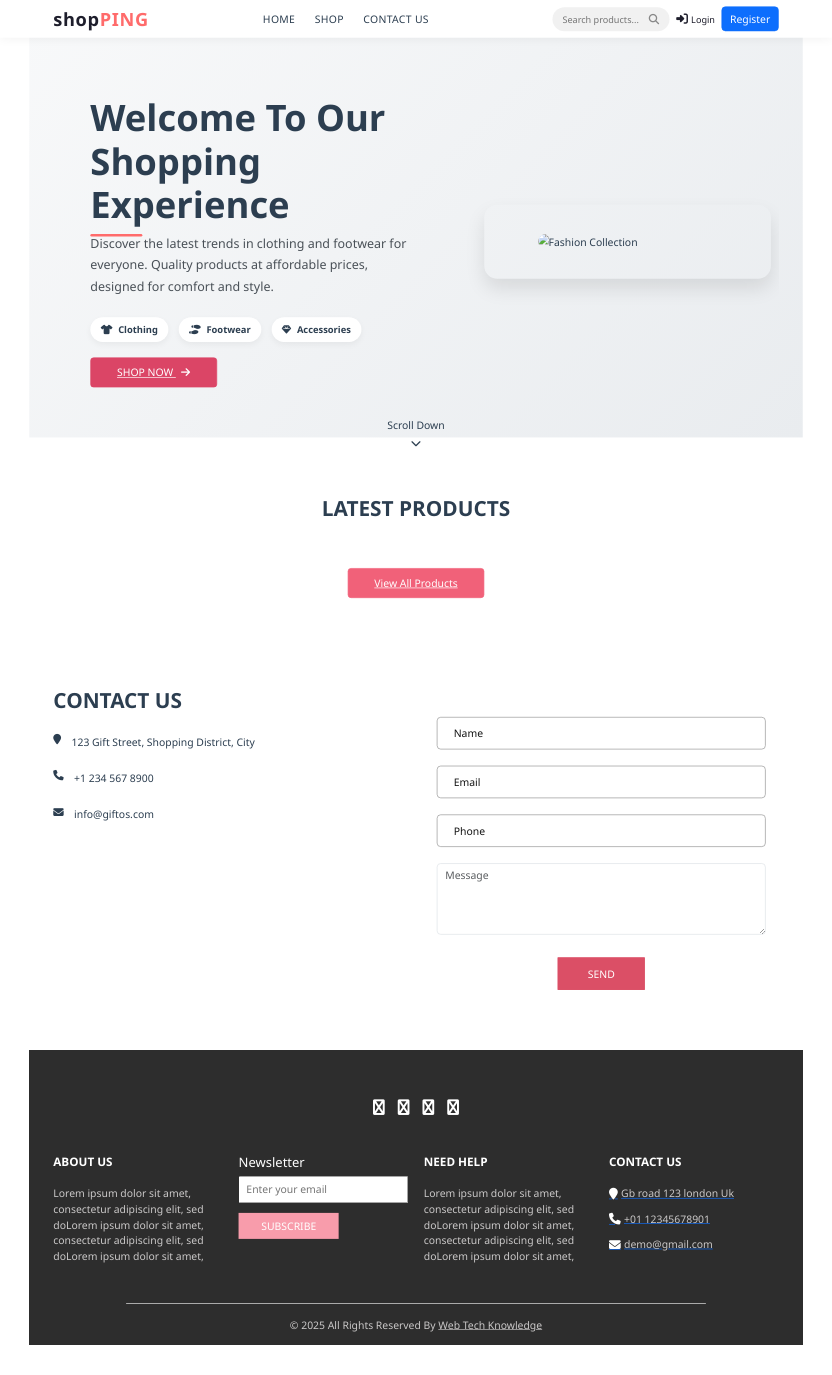
Repository: hahuuchinh2501/ecommerce_project
Page: http://localhost/
These files come from the project's save history. The page is drawn as it stood at one moment and after the next save; the edit follows.
The browser window is 1280 px wide. The pictures show the whole page, at 65% of full size.
The page is served by the project's Laravel application, run on PHP 8.4 with Laravel 12. Queries for data that is not in the repository find no rows.

Above is the page before, as saved 2025-04-09 15:49:05.

After the next save:
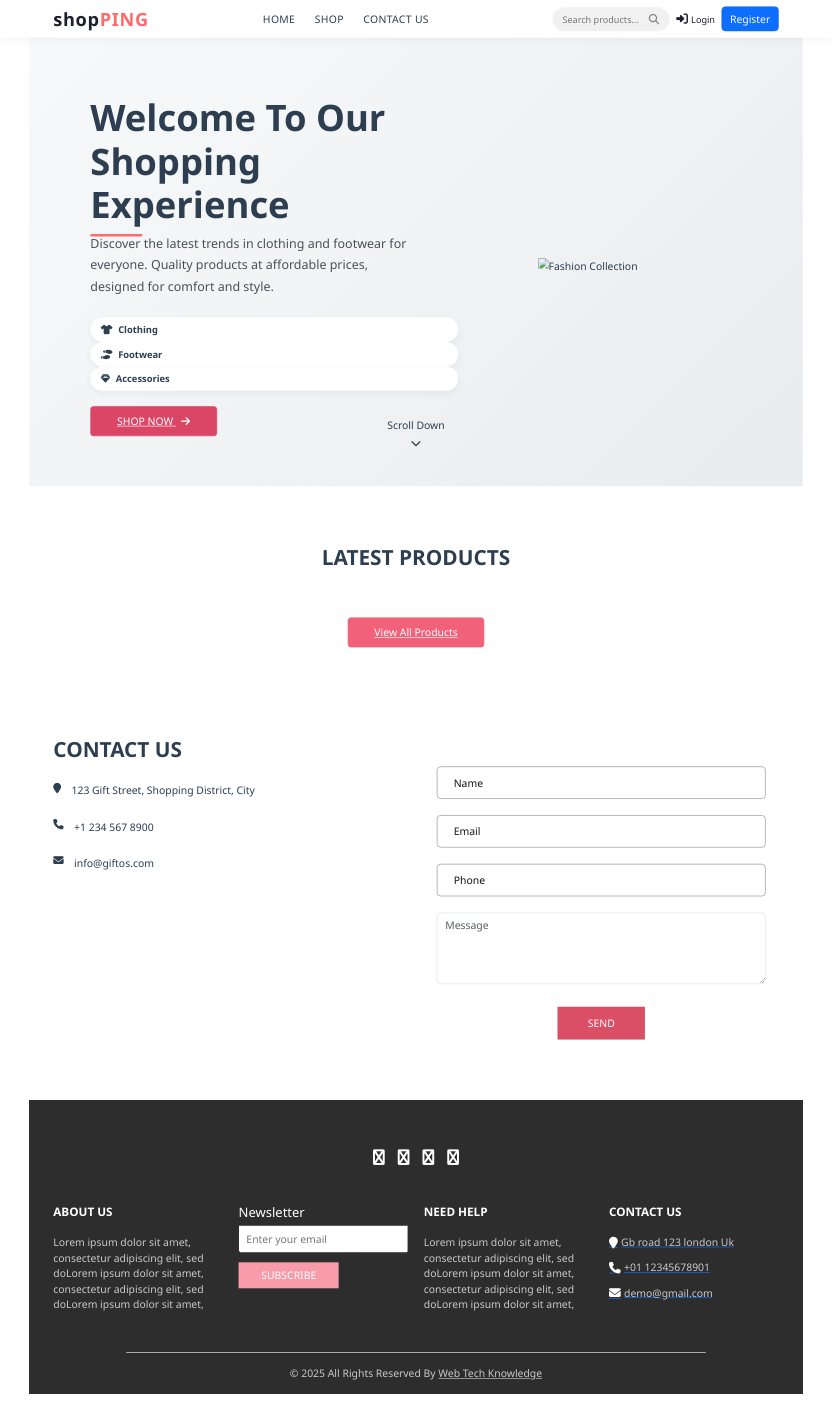
Saved 26 s later.
--- a/resources/views/home/slider.blade.php
+++ b/resources/views/home/slider.blade.php
@@ -61,31 +61,6 @@
 
 
 
-    .img-box {
-      position: relative;
-      overflow: hidden;
-      border-radius: 20px;
-      box-shadow: 0 15px 30px rgba(0, 0, 0, 0.1);
-    }
-
-    .img-box img {
-      width: 100%;
-      height: auto;
-      transition: transform 0.5s ease;
-      object-fit: cover;
-      border-radius: 20px;
-    }
-
-    .img-box:hover img {
-      transform: scale(1.05);
-    }
-
-    .category-badges {
-      margin-top: 2rem;
-      display: flex;
-      flex-wrap: wrap;
-      gap: 1rem;
-    }
 
     .category-badge {
       padding: 8px 16px;

After the save that followed:
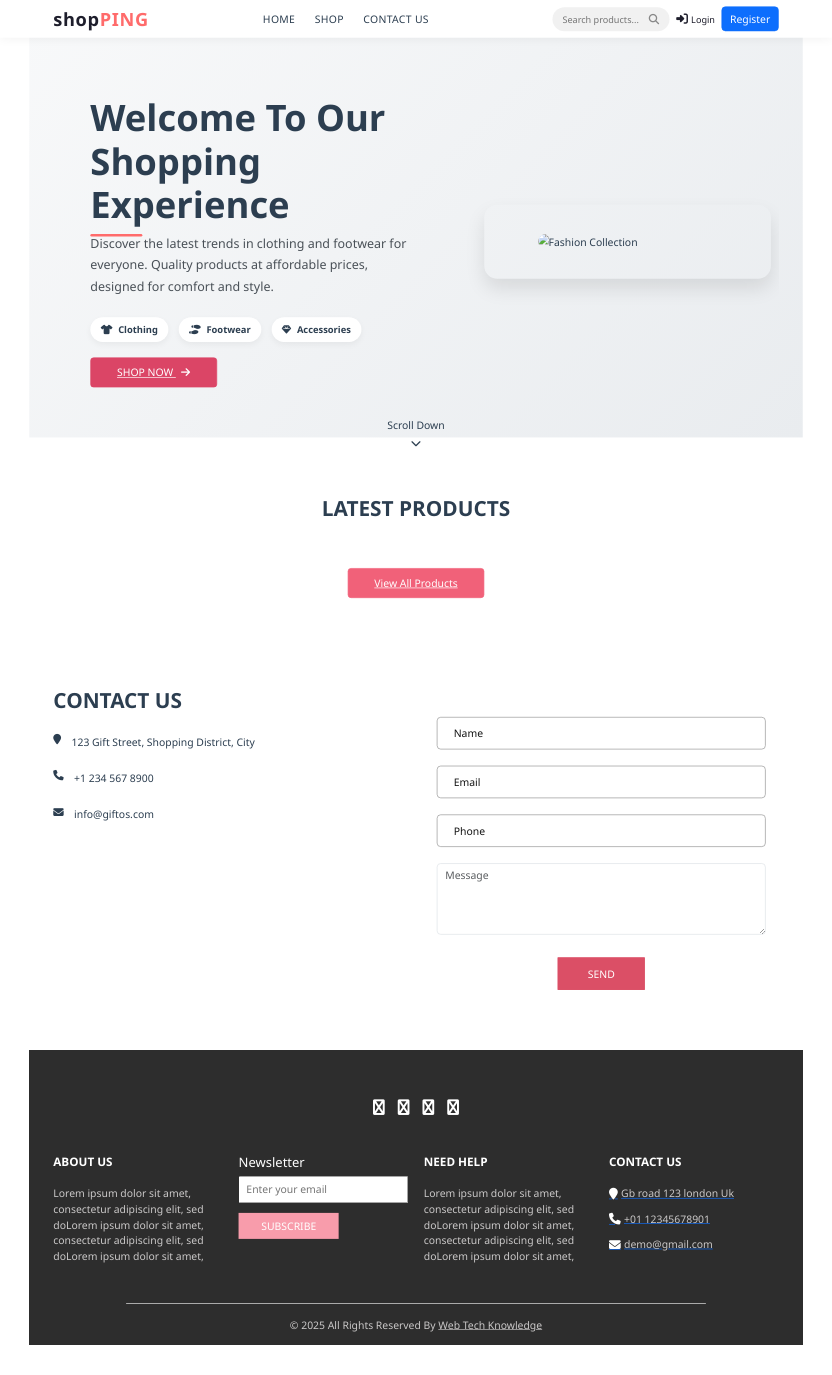
Saved 7 s later.
--- a/resources/views/home/slider.blade.php
+++ b/resources/views/home/slider.blade.php
@@ -61,6 +61,31 @@
 
 
 
+    .img-box {
+      position: relative;
+      overflow: hidden;
+      border-radius: 20px;
+      box-shadow: 0 15px 30px rgba(0, 0, 0, 0.1);
+    }
+
+    .img-box img {
+      width: 100%;
+      height: auto;
+      transition: transform 0.5s ease;
+      object-fit: cover;
+      border-radius: 20px;
+    }
+
+    .img-box:hover img {
+      transform: scale(1.05);
+    }
+
+    .category-badges {
+      margin-top: 2rem;
+      display: flex;
+      flex-wrap: wrap;
+      gap: 1rem;
+    }
 
     .category-badge {
       padding: 8px 16px;
